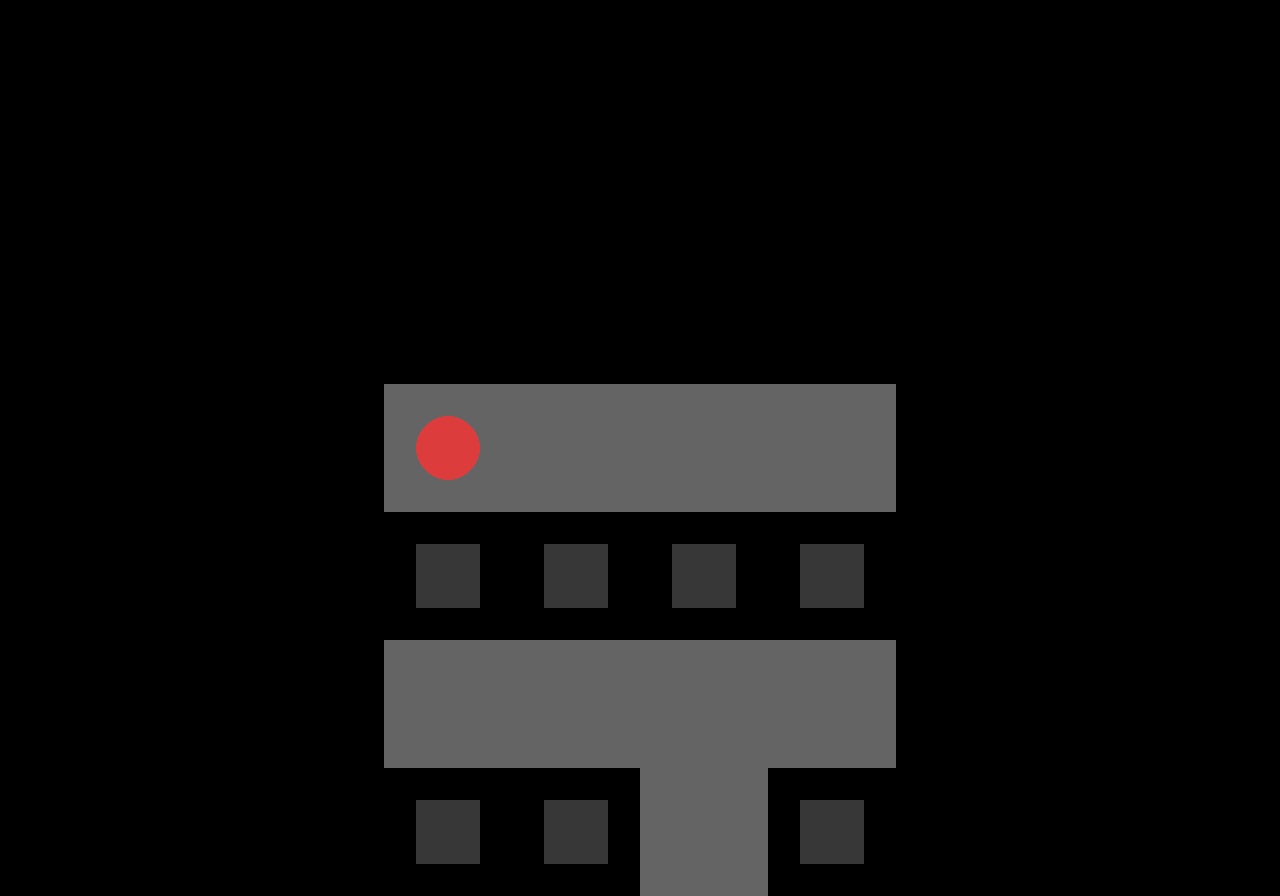
Repository: Nakib-Arman/Game-Jam-2026
Script's output: python main.py
These files come from the project's save history. The script's output is drawn as it stood at one moment and after the next save; the edit follows.
The window is shown after at most 60 frames with no key pressed. Random numbers start from a fixed seed.

Above is the script's output before, as saved 2026-01-24 20:37:21.

### main.py
import pygame
from cave import generate_maze

# ======================
# CONFIGURATION
# ======================

# World size (maze)
WORLD_ROWS = 41
WORLD_COLS = 41

# Viewport (how much is rendered)
VIEW_ROWS = 7
VIEW_COLS = 7

# Cell sizes
BASE_CELL_SIZE = 128          # overall scale
PATH_SCALE = 1            # 0 cells
WALL_SCALE = 0.5             # 1 cells (smaller)

# Movement
MOVE_DELAY = 80              # milliseconds (higher = slower)

# FPS
FPS = 60

# Colors
BLACK = (0, 0, 0)
LIGHT_GRAY = (100,100,100)
DARK_GRAY = (55, 55, 55)
GREEN = (0, 200, 0)
RED = (220, 60, 60)

# ======================
# INITIALIZE PYGAME
# ======================

pygame.init()
SCREEN_WIDTH = VIEW_COLS * BASE_CELL_SIZE
SCREEN_HEIGHT = VIEW_ROWS * BASE_CELL_SIZE

screen = pygame.display.set_mode((SCREEN_WIDTH, SCREEN_HEIGHT))
pygame.display.set_caption("Cave Explorer")
clock = pygame.time.Clock()

# ======================
# GAME STATE
# ======================

maze = generate_maze(WORLD_ROWS, WORLD_COLS)

player_x, player_y = 0, 0
player_radius = BASE_CELL_SIZE // 4

last_move_time = 0  # for movement cooldown

# ======================
# HELPERS
# ======================

def can_move(x, y):
    return (
        0 <= x < WORLD_COLS and
        0 <= y < WORLD_ROWS and
        maze[y][x] != 1
    )

def get_camera_offset():
    cam_x = player_x - VIEW_COLS // 2
    cam_y = player_y - VIEW_ROWS // 2
    return cam_x, cam_y

# ======================
# RENDERING
# ======================

def draw_world():
    cam_x, cam_y = get_camera_offset()

    for row in range(VIEW_ROWS):
        for col in range(VIEW_COLS):
            world_x = cam_x + col
            world_y = cam_y + row

            screen_x = col * BASE_CELL_SIZE
            screen_y = row * BASE_CELL_SIZE

            if not (0 <= world_x < WORLD_COLS and 0 <= world_y < WORLD_ROWS):
                continue

            cell = maze[world_y][world_x]

            if cell == 1:
                size = int(BASE_CELL_SIZE * WALL_SCALE)
                offset = (BASE_CELL_SIZE - size) // 2
                rect = pygame.Rect(
                    screen_x + offset,
                    screen_y + offset,
                    size,
                    size
                )
                pygame.draw.rect(screen, DARK_GRAY, rect)

            else:
                size = int(BASE_CELL_SIZE * PATH_SCALE)
                rect = pygame.Rect(
                    screen_x,
                    screen_y,
                    size,
                    size
                )
                pygame.draw.rect(screen, LIGHT_GRAY, rect)

            if cell == 2:
                pygame.draw.circle(
                    screen,
                    GREEN,
                    (screen_x + BASE_CELL_SIZE // 2,
                     screen_y + BASE_CELL_SIZE // 2),
                    BASE_CELL_SIZE // 6
                )

    # Player (always centered)
    pygame.draw.circle(
        screen,
        RED,
        (SCREEN_WIDTH // 2, SCREEN_HEIGHT // 2),
        player_radius
    )

# ======================
# MAIN LOOP
# ======================

running = True
while running:
    clock.tick(FPS)
    current_time = pygame.time.get_ticks()

    for event in pygame.event.get():
        if event.type == pygame.QUIT:
            running = False

    # ------------------
    # MOVEMENT (SLOWED)
    # ------------------
    if current_time - last_move_time >= MOVE_DELAY:
        keys = pygame.key.get_pressed()
        dx, dy = 0, 0

        if keys[pygame.K_LEFT]:
            dx = -1
        elif keys[pygame.K_RIGHT]:
            dx = 1
        elif keys[pygame.K_UP]:
            dy = -1
        elif keys[pygame.K_DOWN]:
            dy = 1

        new_x = player_x + dx
        new_y = player_y + dy

        if can_move(new_x, new_y):
            player_x, player_y = new_x, new_y
            last_move_time = current_time

    # ------------------
    # DRAW
    # ------------------
    screen.fill(BLACK)
    draw_world()
    pygame.display.flip()

pygame.quit()

### cave.py
import random
from collections import deque

def generate_maze(rows,cols):

    maze = [[1 for _ in range(cols)] for _ in range(rows)]

    def carve(x, y):
        maze[y][x] = 0
        directions = [(0, -1), (1, 0), (0, 1), (-1, 0)]
        random.shuffle(directions)
        for dx, dy in directions:
            nx, ny = x + dx*2, y + dy*2
            if 0 <= nx < cols and 0 <= ny < rows and maze[ny][nx] == 1:
                maze[y + dy][x + dx] = 0
                carve(nx, ny)

    carve(0, 0)

    def find_farthest_cell(start_x, start_y):
        queue = deque()
        queue.append((start_x, start_y))
        distances = [[-1 for _ in range(cols)] for _ in range(rows)]
        distances[start_y][start_x] = 0

        farthest = (start_x, start_y)

        while queue:
            x, y = queue.popleft()
            for dx, dy in [(0, -1), (1, 0), (0, 1), (-1, 0)]:
                nx, ny = x + dx, y + dy
                if (
                    0 <= nx < cols and
                    0 <= ny < rows and
                    maze[ny][nx] == 0 and
                    distances[ny][nx] == -1
                ):
                    distances[ny][nx] = distances[y][x] + 1
                    queue.append((nx, ny))
                    farthest = (nx, ny)

        return farthest

    end_x, end_y = find_farthest_cell(0, 0)
    maze[end_y][end_x] = 2

    return maze

After the next save:
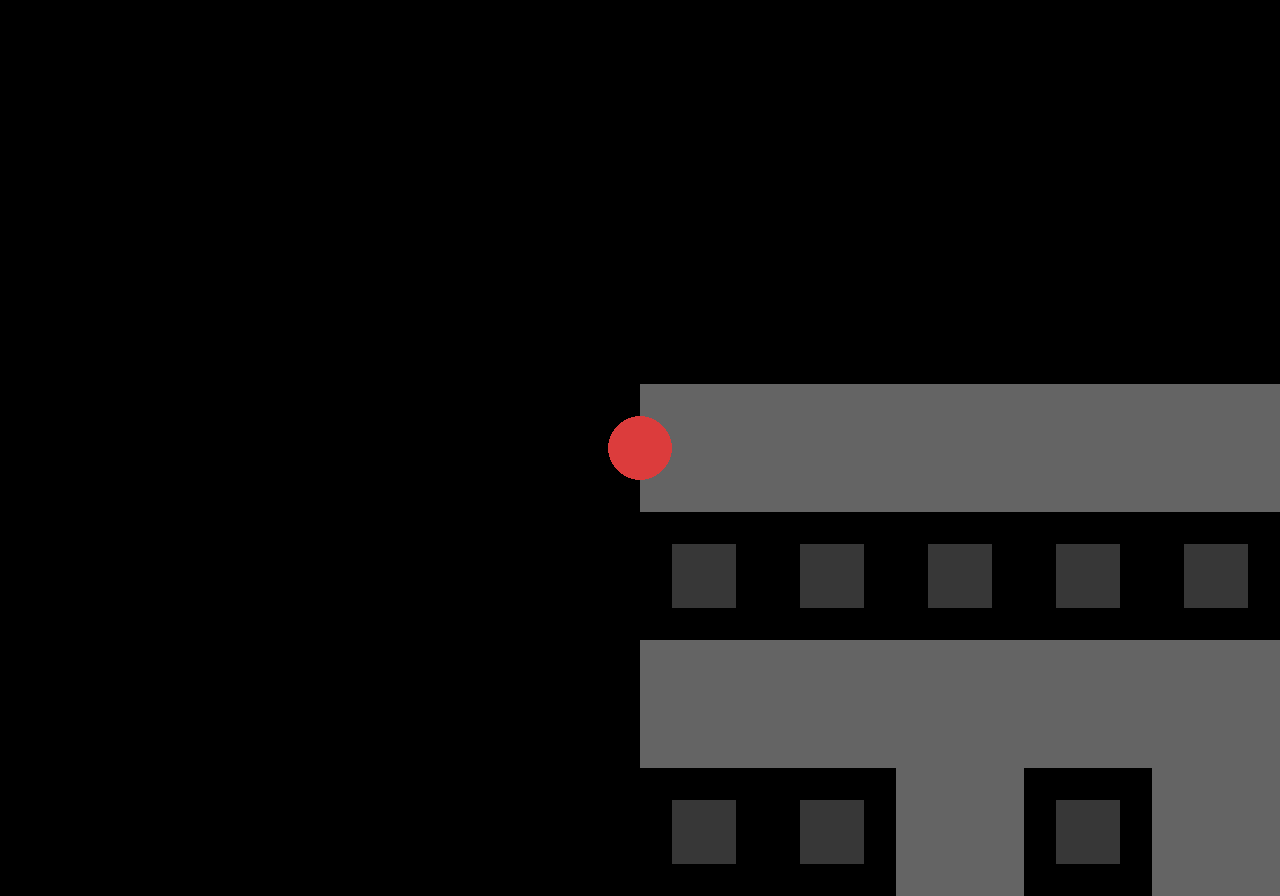
Saved 114 s later.
--- a/main.py
+++ b/main.py
@@ -11,7 +11,7 @@
 
 # Viewport (how much is rendered)
 VIEW_ROWS = 7
-VIEW_COLS = 7
+VIEW_COLS = 10
 
 # Cell sizes
 BASE_CELL_SIZE = 128          # overall scale
